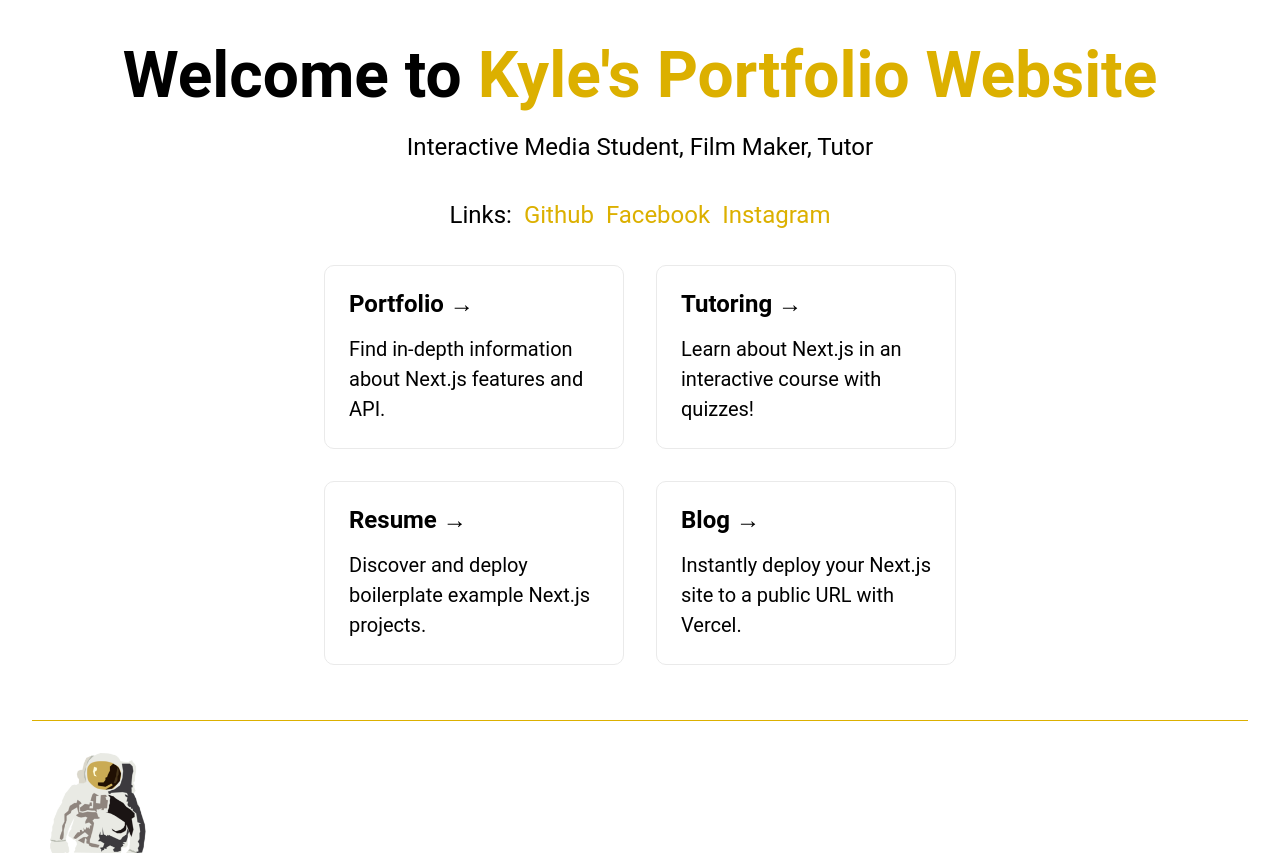
Repository: neomort/CL-portfolio-site
Page: /
An editor plug-in stored every save of this project. The page is shown before and after the next save, followed by the edit.
The browser window is 1280 px wide. The pictures show the whole page.
The project was rebuilt for these pictures with package versions that can differ from the ones it lists, and the page was loaded fresh each time. The framework's server and built-in components were replaced by stand-ins that run in the browser. Also part of the build but not shown: next.config.js.

Above is the page before, as saved 2021-12-14 14:39:52.

### pages/_document.js
import Document, { Html, Head, Main, NextScript } from 'next/document'

class MyDocument extends Document {


  render() {
    return (
      <Html>
        <Head>
        <link rel="apple-touch-icon" sizes="180x180" href="/images/favicons/apple-touch-icon.png" />
        <link rel="icon" type="image/png" sizes="32x32" href="/images/favicons/favicon-32x32.png" />
        <link rel="icon" type="image/png" sizes="16x16" href="/images/favicons/favicon-16x16.png" />
        <link rel="manifest" href="/images/favicons//site.webmanifest" />
        <link rel="mask-icon" href="/safari-pinned-tab.svg" color="#5bbad5" />
        <meta name="msapplication-TileColor" content="#da532c" />
        <meta name="theme-color" content="#ffffff"></meta>
        </Head>

        <body>
          <Main />
          <NextScript />
        </body>
      </Html>
    )
  }
}

export default MyDocument

### pages/index.js
import Head from 'next/head'
import Image from 'next/image'
import styles from '../styles/Home.module.css'

export default function Home() {
  return (
    <div className={styles.container}>
      <Head>
        <title>Kyle's Portfolio</title>
        <meta name="description" content="If you are reading this you are really impressive" />

      </Head>

      <main className={styles.main}>
        <h1 className={styles.title}>
          Welcome to <a href="https://kyleadams.com/">Kyle's Portfolio Website</a>
        </h1>

        <p className={styles.description}>
        Interactive Media Student, Film Maker, Tutor
        </p>

        <p className={styles.description}>
          Links:
          <a href="https://github.com/neomort">Github</a>
          <a href="https://github.com/neomort">Facebook</a>
          <a href="https://github.com/neomort">Instagram</a>
          {/* <code className={styles.code}>this is code</code> */}
        </p>

        <div className={styles.grid}>
          <a href="https://nextjs.org/docs" className={styles.card}>
            <h2>Portfolio &rarr;</h2>
            <p>Find in-depth information about Next.js features and API.</p>
          </a>

          <a href="https://nextjs.org/learn" className={styles.card}>
            <h2>Tutoring &rarr;</h2>
            <p>Learn about Next.js in an interactive course with quizzes!</p>
          </a>

          <a
            href="https://github.com/vercel/next.js/tree/master/examples"
            className={styles.card}
          >
            <h2>Resume &rarr;</h2>
            <p>Discover and deploy boilerplate example Next.js projects.</p>
          </a>

          <a
            href="https://vercel.com/new?utm_source=create-next-app&utm_medium=default-template&utm_campaign=create-next-app"
            className={styles.card}
          >
            <h2>Blog &rarr;</h2>
            <p>
              Instantly deploy your Next.js site to a public URL with Vercel.
            </p>
          </a>
        </div>
      </main>

      <footer className={styles.footer}>
        <a
          href="https://kyleadams.com/"
          target="_blank"
          rel="noopener noreferrer"
        >

          <span className={styles.logo}>
            <Image src="/images/favicons/apple-touch-icon.png" alt="Spaceman" width={100} height={100} />
          </span>
        </a>
      </footer>
    </div>
  )
}

### styles/globals.css
html,
body {
  padding: 0;
  margin: 0;
  font-family:  Roboto;
}

a {
  color: inherit;
  text-decoration: none;
}

* {
  box-sizing: border-box;
}

### styles/Home.module.css
.container {
  padding: 0 2rem;
}

.main {
  min-height: 100vh;
  padding: 2rem 0;
  flex: 1;
  display: flex;
  flex-direction: column;
  justify-content: center;
  align-items: center;
}

.footer {
  display: flex;
  flex: 1;
  padding: 2rem 0;
  border-top: 1px solid #dcb000;
  justify-content: left;
  align-items: center;
}

.footer a {
  display: flex;
  justify-content: left;
  align-items: center;
  flex-grow: 1;
}

.title a {
  color: #dcb000;
  text-decoration: none;
}

.title a:hover,
.title a:focus,
.title a:active {
  text-decoration: underline;
}

.title {
  margin: 0;
  line-height: 1.15;
  font-size: 4rem;
}

.title,
.description {
  text-align: center;
}

.description {
  margin: 1rem 0;
  line-height: 1.5;
  font-size: 1.5rem;
}

.description a{
  padding-left: 0.75rem;
  color: #dcb000;
  text-decoration: none;
}

.code {
  background: #fafafa;
  border-radius: 5px;
  padding: 0.75rem;
  font-size: 1.1rem;
  font-family: Menlo, Monaco, Lucida Console, Liberation Mono, DejaVu Sans Mono,
    Bitstream Vera Sans Mono, Courier New, monospace;
}

.grid {
  display: flex;
  align-items: center;
  justify-content: center;
  flex-wrap: wrap;
  max-width: 800px;
}

.card {
  margin: 1rem;
  padding: 1.5rem;
  text-align: left;
  color: inherit;
  text-decoration: none;
  border: 1px solid #eaeaea;
  border-radius: 10px;
  transition: color 0.15s ease, border-color 0.15s ease;
  max-width: 300px;
}

.card:hover,
.card:focus,
.card:active {
  color: #0070f3;
  border-color: #0070f3;
}

.card h2 {
  margin: 0 0 1rem 0;
  font-size: 1.5rem;
}

.card p {
  margin: 0;
  font-size: 1.25rem;
  line-height: 1.5;
}

.logo {
  height: 2em;
  margin-left: 1rem;
}

@media (max-width: 600px) {
  .grid {
    width: 100%;
    flex-direction: column;
  }
}

Loaded but not shown: pages/_app.js (common file)

After the next save:
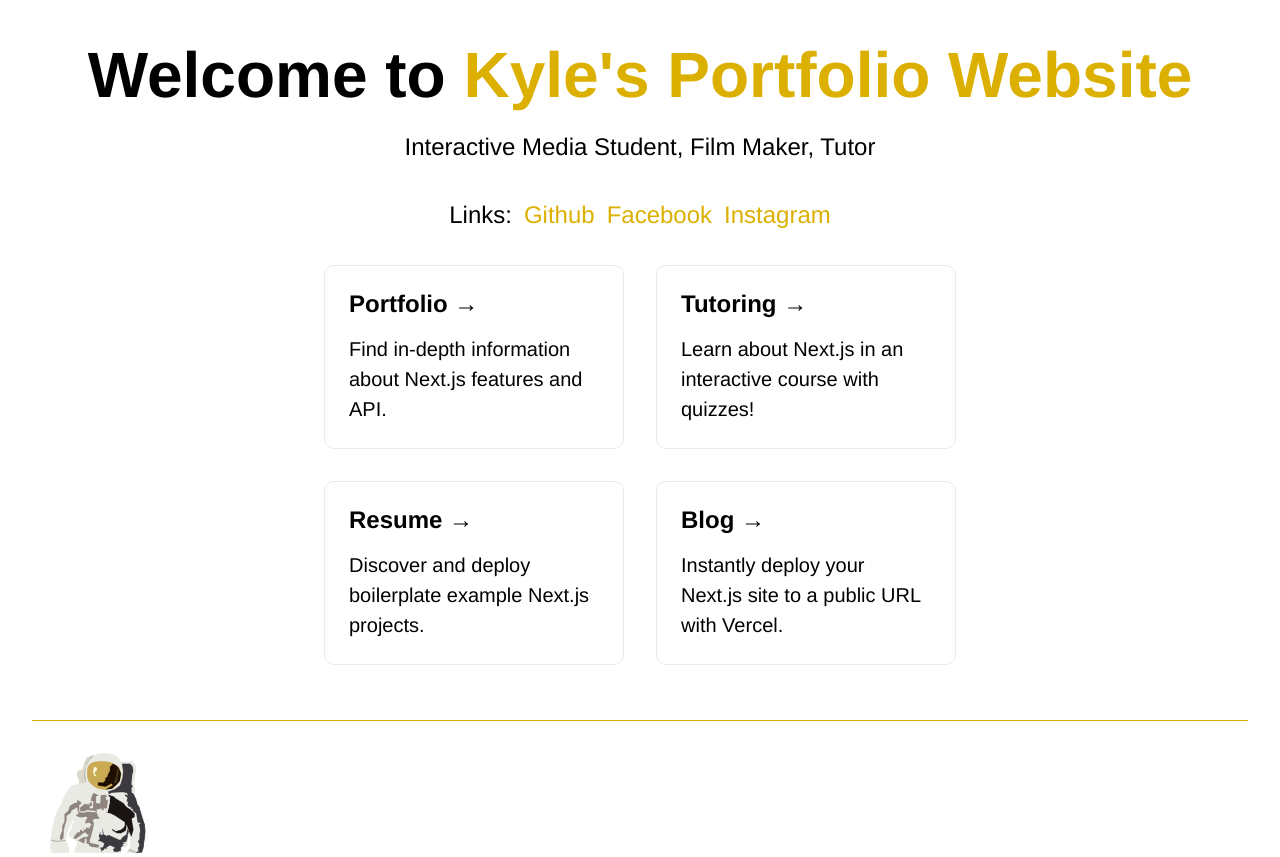
Saved 25 s later.
--- a/styles/globals.css
+++ b/styles/globals.css
@@ -2,7 +2,8 @@ html,
 body {
   padding: 0;
   margin: 0;
-  font-family:  Roboto;
+  font-family: Oxygen,
+    Ubuntu, Cantarell, Fira Sans, Droid Sans, Helvetica Neue, sans-serif;
 }
 
 a {
